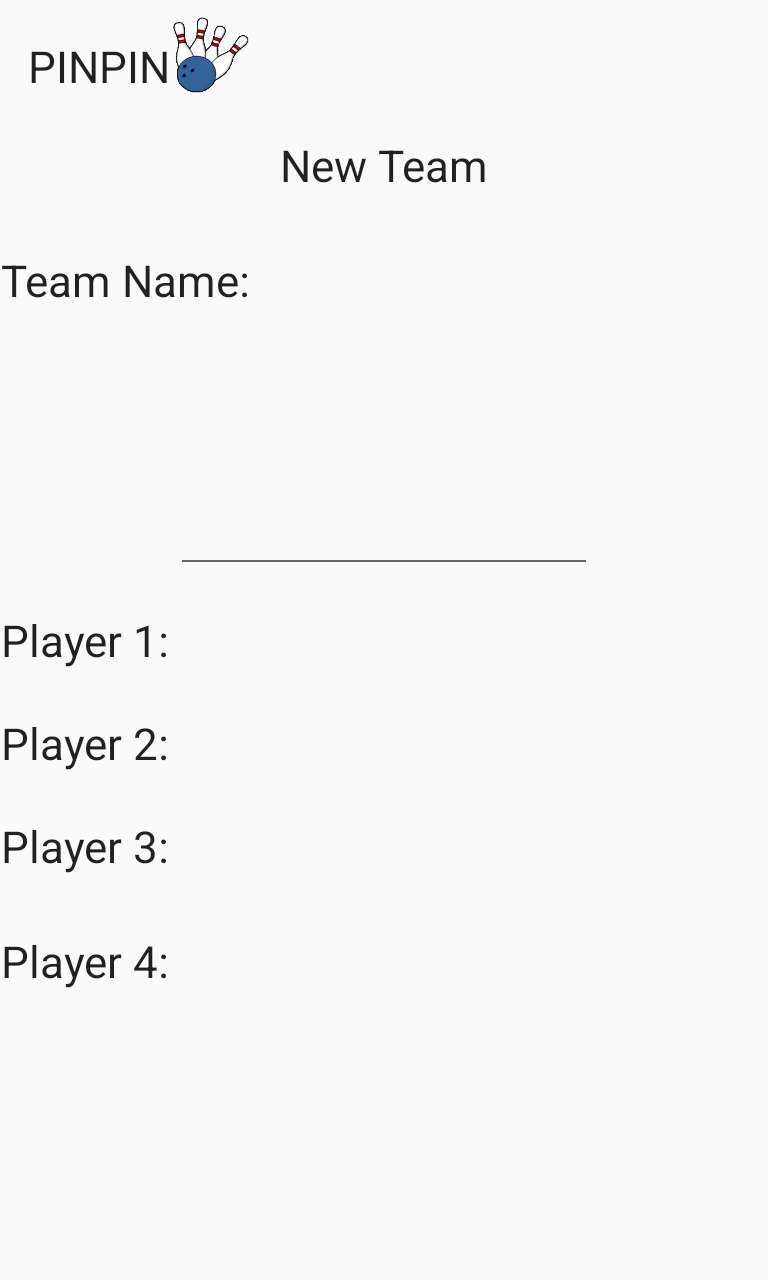
Repository: Atlaspud/TeamMasterE
Layout: BowlingGame/res/layout/new_team_fragment.xml
An editor plug-in stored every save of this project. The layout is shown before and after the next save, followed by the edit.
It is drawn on a 768 x 1280 px phone screen (xhdpi) without system bars, with theme AppTheme; the app's code is not run.

Above is the layout before, as saved 2014-10-28 14:20:21.

### BowlingGame/res/layout/new_team_fragment.xml
<?xml version="1.0" encoding="utf-8"?>
<RelativeLayout xmlns:android="http://schemas.android.com/apk/res/android"
    xmlns:tools="http://schemas.android.com/tools"
    android:layout_width="match_parent"
    android:layout_height="match_parent" >

    <ImageView
        android:id="@+id/imageView1"
        android:layout_width="40dp"
        android:layout_height="40dp"
        android:layout_alignBottom="@+id/textView1"
        android:layout_toRightOf="@+id/textView1"
        android:scaleType="fitXY"
        android:src="@drawable/pinpin_thumb"
        tools:ignore="ContentDescription" />

    <TextView
        android:id="@+id/textView1"
        android:layout_width="wrap_content"
        android:layout_height="wrap_content"
        android:layout_alignParentLeft="true"
        android:layout_alignParentTop="true"
        android:layout_marginLeft="14dp"
        android:layout_marginTop="18dp"
        android:text="PINPIN"
        android:textAppearance="?android:attr/textAppearanceLarge"
        tools:ignore="HardcodedText" />

    <TextView
        android:id="@+id/textView2"
        android:layout_width="wrap_content"
        android:layout_height="wrap_content"
        android:layout_below="@+id/imageView1"
        android:layout_centerHorizontal="true"
        android:layout_marginTop="20dp"
        android:text="New Team"
        android:textAppearance="?android:attr/textAppearanceLarge"
        tools:ignore="HardcodedText" />

    <TextView
        android:id="@+id/textView4"
        android:layout_width="wrap_content"
        android:layout_height="wrap_content"
        android:layout_alignLeft="@+id/textView3"
        android:layout_centerVertical="true"
        android:text="Player 1:"
        android:textAppearance="?android:attr/textAppearanceLarge" />

    <TextView
        android:id="@+id/TextView01"
        android:layout_width="wrap_content"
        android:layout_height="wrap_content"
        android:layout_below="@+id/textView4"
        android:layout_marginTop="22dp"
        android:layout_toLeftOf="@+id/imageView1"
        android:text="Player 2:"
        android:textAppearance="?android:attr/textAppearanceLarge" />

    <TextView
        android:id="@+id/TextView02"
        android:layout_width="wrap_content"
        android:layout_height="wrap_content"
        android:layout_below="@+id/TextView01"
        android:layout_marginTop="22dp"
        android:layout_toLeftOf="@+id/imageView1"
        android:text="Player 3:"
        android:textAppearance="?android:attr/textAppearanceLarge" />

    <TextView
        android:id="@+id/TextView03"
        android:layout_width="wrap_content"
        android:layout_height="wrap_content"
        android:layout_below="@+id/TextView02"
        android:layout_marginTop="28dp"
        android:layout_toLeftOf="@+id/imageView1"
        android:text="Player 4:"
        android:textAppearance="?android:attr/textAppearanceLarge" />

    <TextView
        android:id="@+id/textView3"
        android:layout_width="wrap_content"
        android:layout_height="wrap_content"
        android:layout_alignRight="@+id/imageView1"
        android:layout_below="@+id/textView2"
        android:layout_marginTop="28dp"
        android:text="Team Name:"
        android:textAppearance="?android:attr/textAppearanceLarge" />

    <EditText
        android:id="@+id/newTeamTxt"
        android:layout_width="wrap_content"
        android:layout_height="wrap_content"
        android:layout_above="@+id/textView4"
        android:layout_centerHorizontal="true"
        android:layout_marginBottom="16dp"
        android:ems="10" />

</RelativeLayout>

Loaded but not shown: BowlingGame/res/values/styles.xml (common file); BowlingGame/res/values-v11/styles.xml (common file); BowlingGame/res/values-v14/styles.xml (common file)

After the next save:
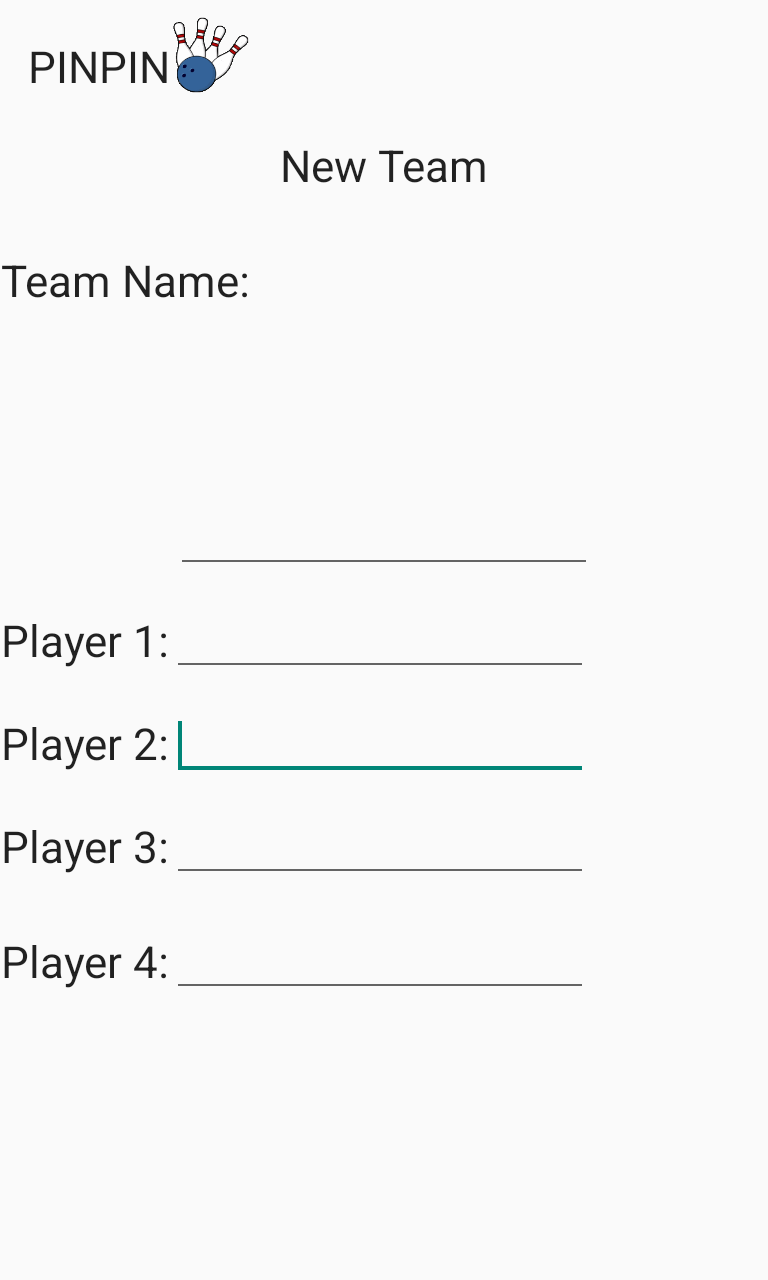
Saved 2 min 47 s later.
--- a/BowlingGame/res/layout/new_team_fragment.xml
+++ b/BowlingGame/res/layout/new_team_fragment.xml
@@ -95,4 +95,42 @@
         android:layout_marginBottom="16dp"
         android:ems="10" />
 
+    <EditText
+        android:id="@+id/playerNameOneTxt"
+        android:layout_width="wrap_content"
+        android:layout_height="wrap_content"
+        android:layout_alignLeft="@+id/imageView1"
+        android:layout_centerVertical="true"
+        android:ems="10" />
+
+    <EditText
+        android:id="@+id/playerNameTwoTxt"
+        android:layout_width="wrap_content"
+        android:layout_height="wrap_content"
+        android:layout_alignBaseline="@+id/TextView01"
+        android:layout_alignBottom="@+id/TextView01"
+        android:layout_alignLeft="@+id/playerNameOneTxt"
+        android:ems="10" >
+
+        <requestFocus />
+    </EditText>
+
+    <EditText
+        android:id="@+id/playerNameThreeTxt"
+        android:layout_width="wrap_content"
+        android:layout_height="wrap_content"
+        android:layout_alignBaseline="@+id/TextView02"
+        android:layout_alignBottom="@+id/TextView02"
+        android:layout_alignLeft="@+id/playerNameTwoTxt"
+        android:ems="10" />
+
+    <EditText
+        android:id="@+id/playerNameFourTxt"
+        android:layout_width="wrap_content"
+        android:layout_height="wrap_content"
+        android:layout_alignBaseline="@+id/TextView03"
+        android:layout_alignBottom="@+id/TextView03"
+        android:layout_alignLeft="@+id/playerNameThreeTxt"
+        android:ems="10" />
+
 </RelativeLayout>
